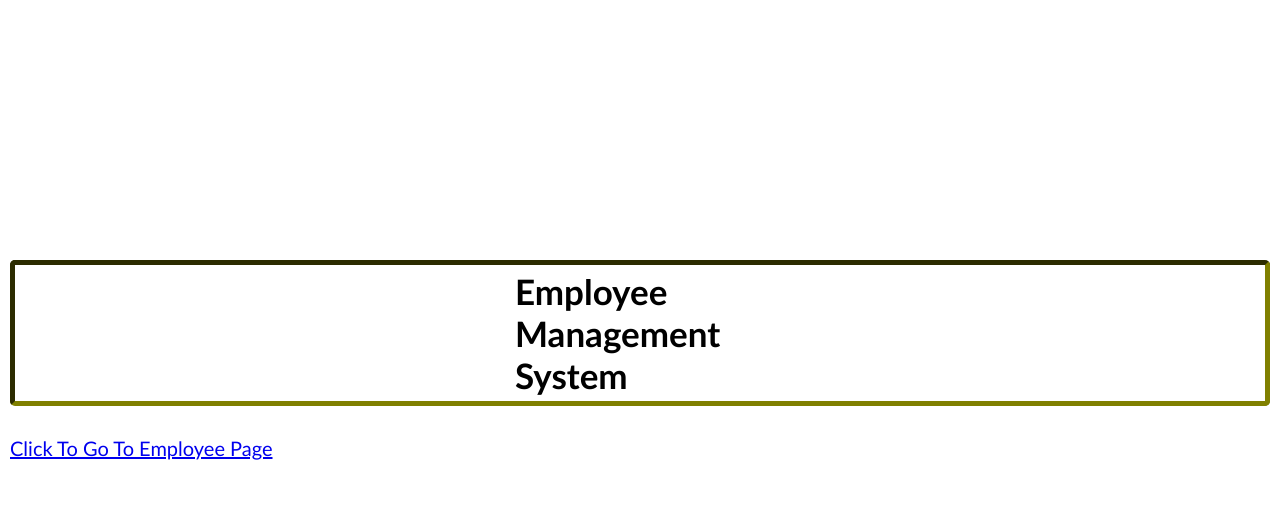
Repository: prieeyatambe/priyatambe_SpringMavenHibernate
Page: http://localhost/Project/
These files come from the project's save history. The page is drawn as it stood at one moment and after the next save; the edit follows.
The browser window is 1280 px wide. The pictures show the whole page.
The page is served by Tomcat 9. Other server files are loaded and not shown.

Above is the page before, as saved 2024-03-06 07:17:14.

### SpringMaven/mavenproject/Project/src/main/webapp/index.jsp
<html>
<head>
<style type="text/css">
body{
	align-content: center;
	margin:10px
}
h2{
	font-size: 35px;
	font-family: 'Trebuchet MS', 'Lucida Sans Unicode', 'Lucida Grande', 'Lucida Sans', Arial, sans-serif;
	border: 5px olive inset;
	padding: 5px 500px 5px 500px;
	border-radius: 5px;
}
a{
    font-family: 'Trebuchet MS', 'Lucida Sans Unicode', 'Lucida Grande', 'Lucida Sans', Arial, sans-serif;
	font-size: 20px
}
a:hover{
	color: teal;
}
</style>
</head>
<body>
<h2>Employee Management System</h2>
<a href="list">Click To Go To Employee Page</a>
</body>
</html>

After the next save:
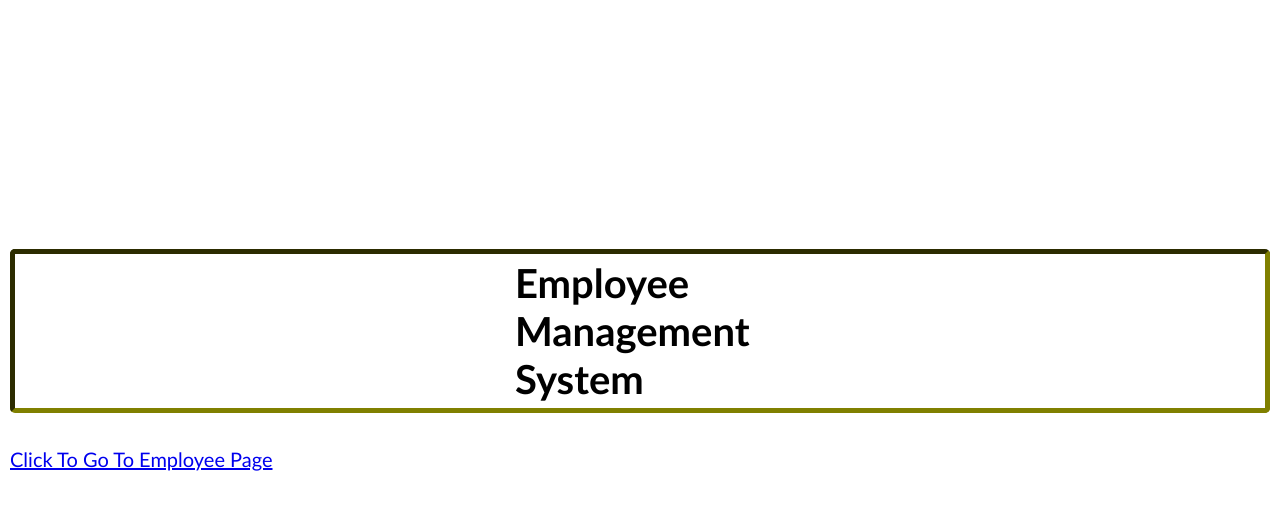
Saved 27 s later.
--- a/SpringMaven/mavenproject/Project/src/main/webapp/index.jsp
+++ b/SpringMaven/mavenproject/Project/src/main/webapp/index.jsp
@@ -6,7 +6,7 @@ body{
 	margin:10px
 }
 h2{
-	font-size: 35px;
+	font-size: 40px;
 	font-family: 'Trebuchet MS', 'Lucida Sans Unicode', 'Lucida Grande', 'Lucida Sans', Arial, sans-serif;
 	border: 5px olive inset;
 	padding: 5px 500px 5px 500px;
